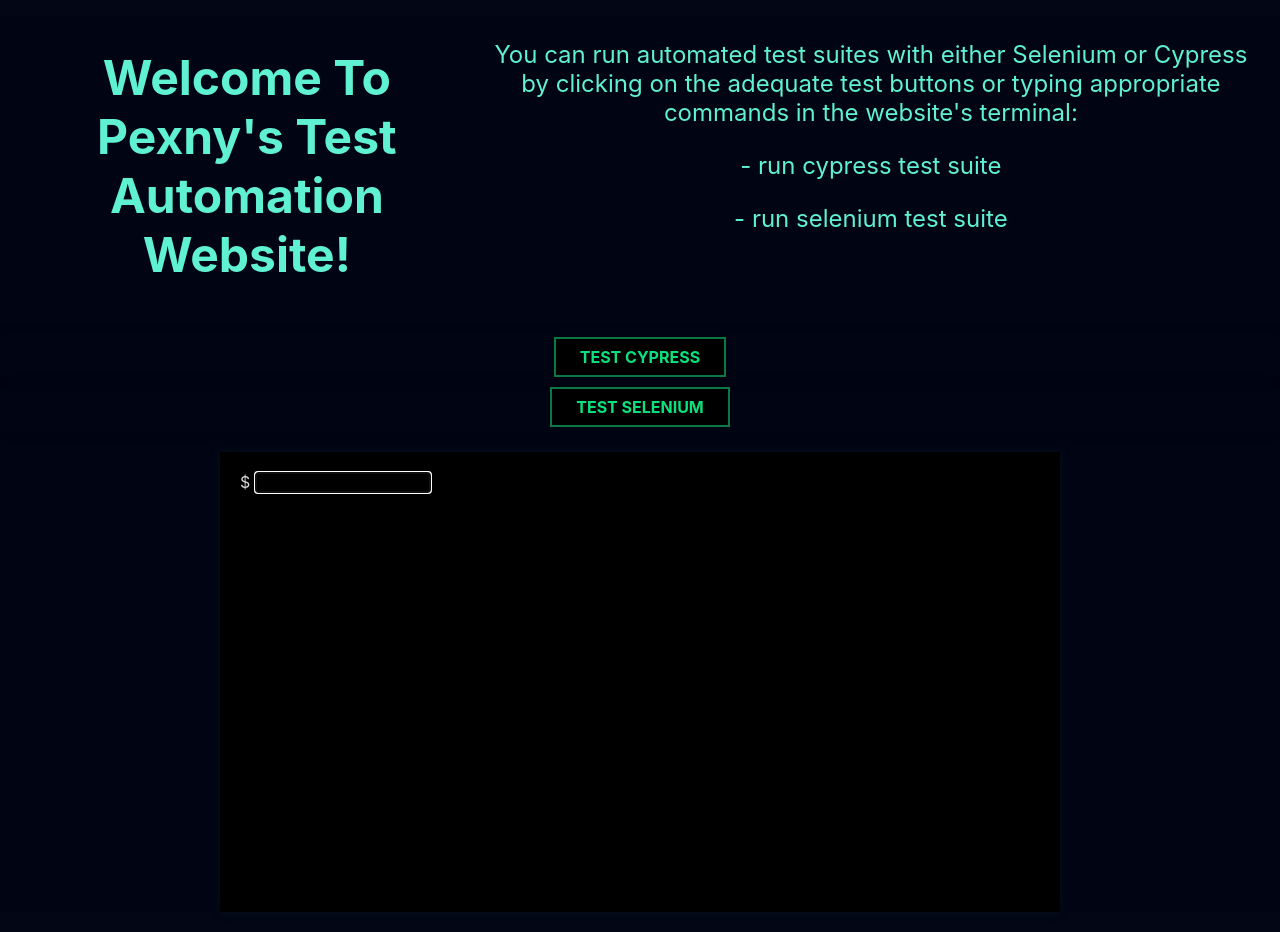
Repository: p3xny/Test-Automation-Website
Page: / (app in client/)
These files come from the project's save history. The page is drawn as it stood at one moment and after the next save; the edit follows.
The browser window is 1280 px wide. The pictures show the whole page.
The project was rebuilt for these pictures with package versions that can differ from the ones it lists, and the page was loaded fresh each time. Also part of the build but not shown: client/src/components/UI/TestMenu.js.

Above is the page before, as saved 2023-08-23 23:12:27.

After the next save:
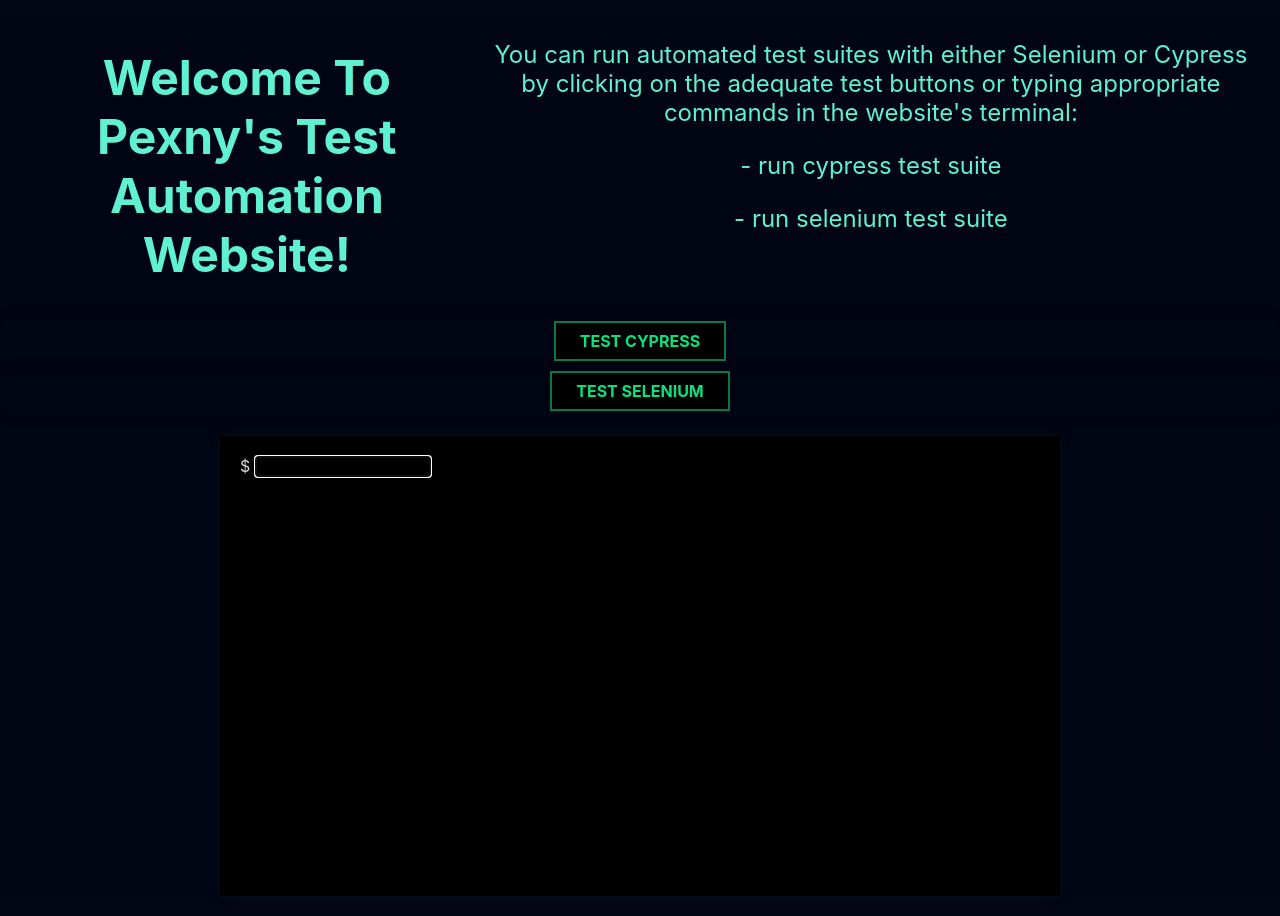
Saved 17 s later.
--- a/client/src/components/UI/WelcomeMessage.module.css
+++ b/client/src/components/UI/WelcomeMessage.module.css
@@ -3,6 +3,6 @@
   font-size: 1.5rem;
   /* font-weight: bold; */
   text-align: center;
-  margin: 1rem 1rem;
+  margin: 1rem 1rem 0;
   display: flex;
 }

After the save that followed:
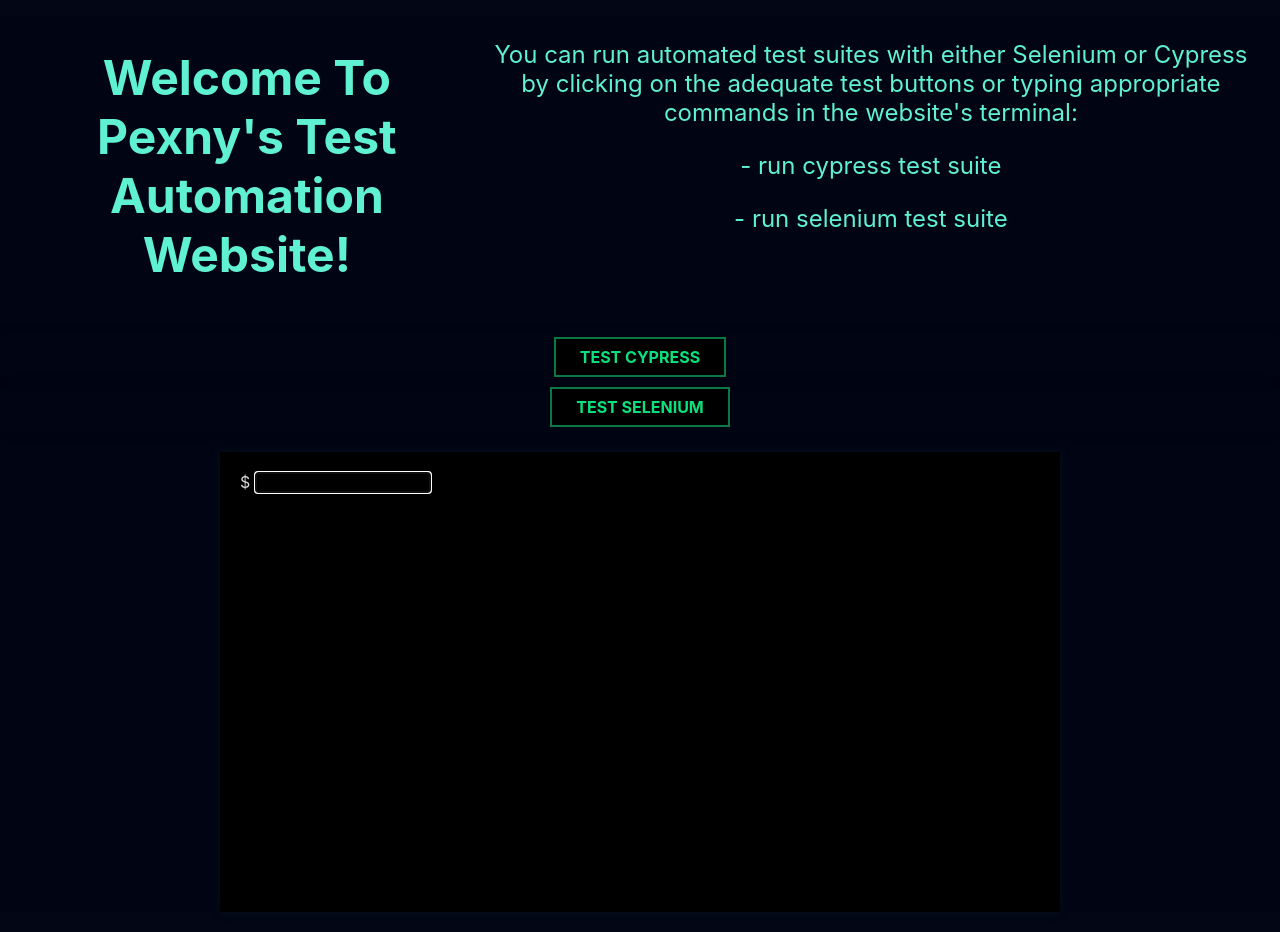
Saved 7 s later.
--- a/client/src/components/UI/WelcomeMessage.module.css
+++ b/client/src/components/UI/WelcomeMessage.module.css
@@ -3,6 +3,6 @@
   font-size: 1.5rem;
   /* font-weight: bold; */
   text-align: center;
-  margin: 1rem 1rem 0;
+  margin: 1rem 1rem 1rem;
   display: flex;
 }
